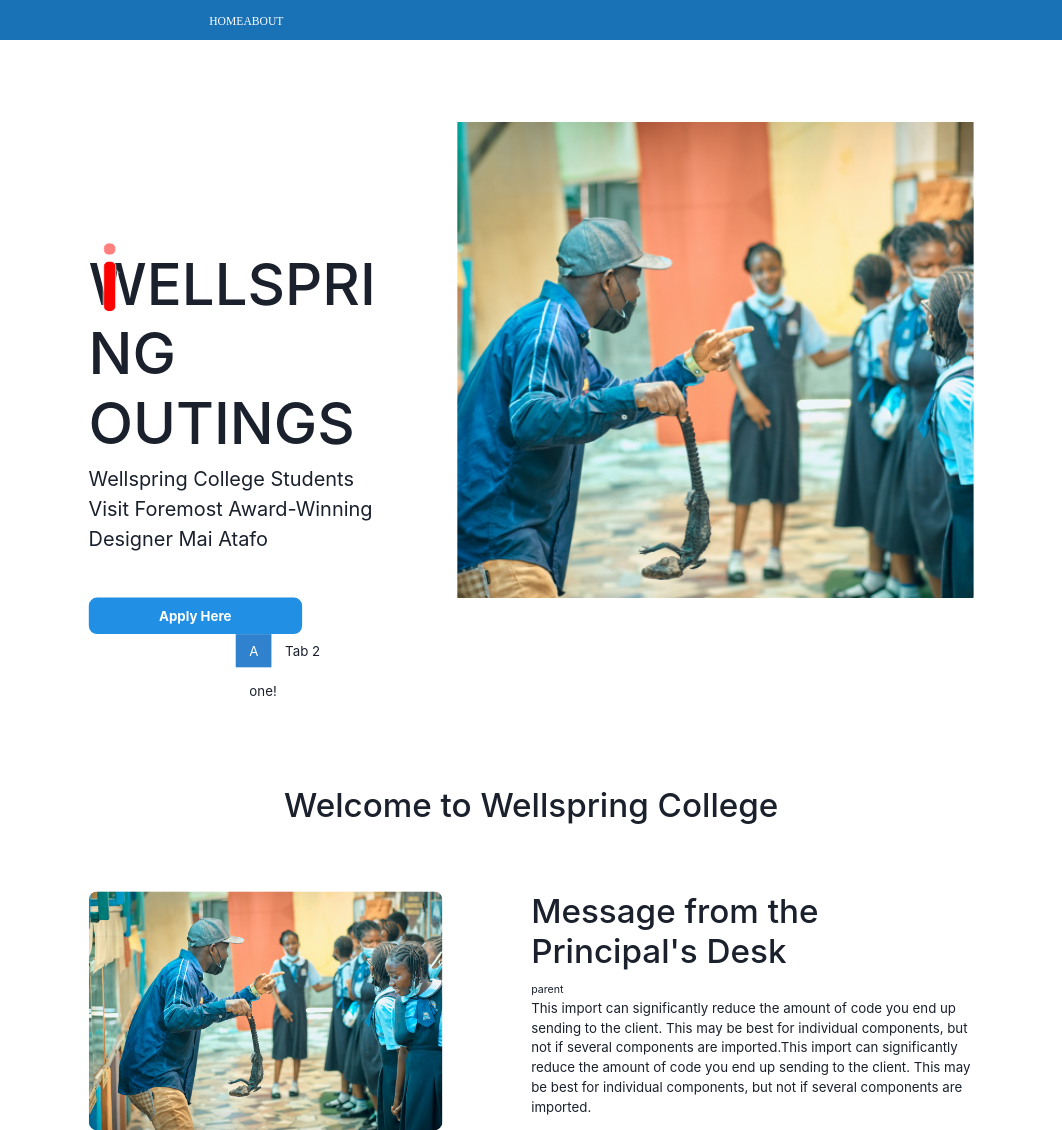
Repository: gr8skills/wellspring-school-forked
Page: /
These files come from the project's save history. The page is drawn as it stood at one moment and after the next save; the edit follows.
The browser window is 1280 px wide. The pictures show the whole page, at 83% of full size.
The project was rebuilt for these pictures with package versions that can differ from the ones it lists, and the page was loaded fresh each time. Also part of the build but not shown: src/components/Navbar/Dropdown.scss, src/components/Navbar/Dropdown.js, src/components/Calendar/Calendar.js, src/components/News/News.js.

Above is the page before, as saved 2022-12-02 00:29:37.

After the next save:
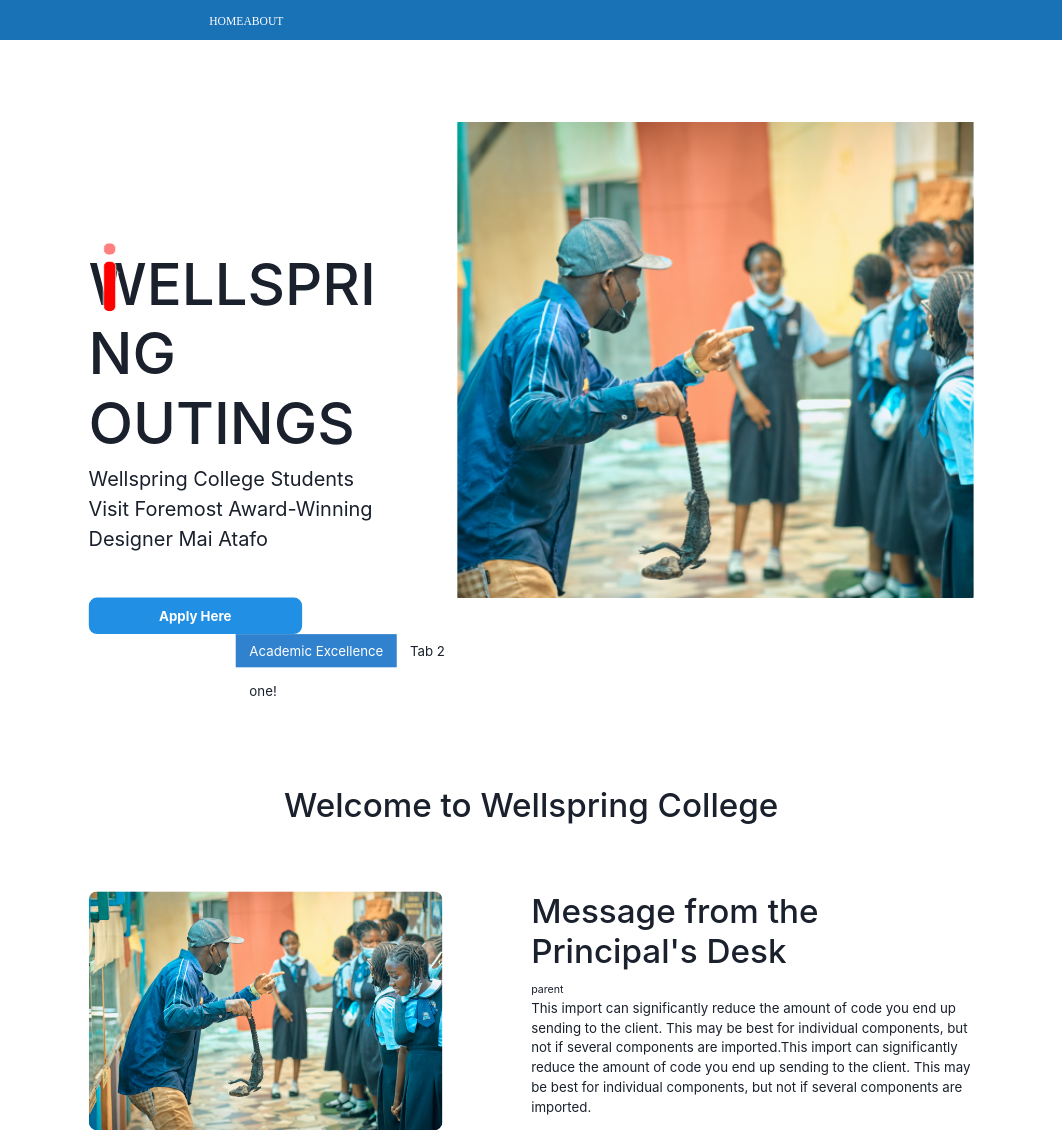
Saved 7 s later.
--- a/src/components/AppTab/AppTab.js
+++ b/src/components/AppTab/AppTab.js
@@ -11,7 +11,7 @@
           <div className="col-md-8">
             <Tabs variant="unstyled">
               <TabList>
-                <Tab _selected={{ color: "white", bg: "blue.500" }}>A</Tab>
+                <Tab _selected={{ color: "white", bg: "blue.500" }}>Academic Excellence</Tab>
                 <Tab _selected={{ color: "white", bg: "green.400" }}>Tab 2</Tab>
               </TabList>
               <TabPanels>
